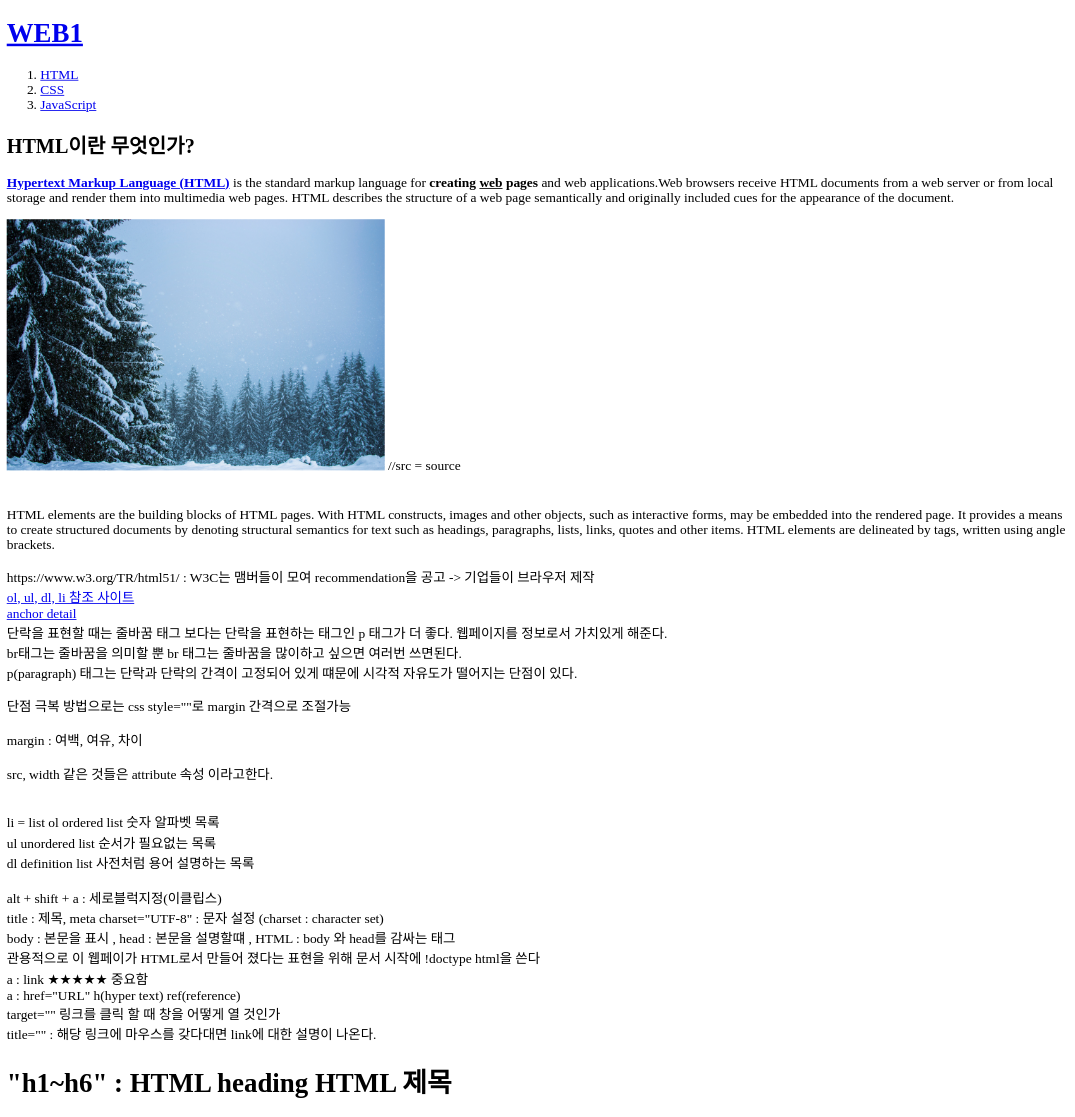
Repository: winterer4/Web-1
Page: HTML5/1.html
The author's editor kept a copy of each file at every save. The page is drawn from the files as they stood at one save, then again after the next save.
The browser window is 1280 px wide. The pictures show the whole page, at 84% of full size.

Above is the page before, as saved 2018-10-29 06:58:48.

### HTML5/1.html
<!DOCTYPE html>
<html>
<head>
<meta charset="UTF-8">
<title>WEB 1  - HTML</title>
</head>
<body>
 <h1><a href="index.html">WEB1</a></h1>
<ol>
	<li><a href="1.html">HTML      </a></li>
	<li><a href="2.html">CSS       </a></li>
	<li><a href="3.html">JavaScript</a></li>
</ol>

	<h2>HTML이란 무엇인가?</h2>
	<p>
		<strong><a : href="https://www.w3.org/TR/html51/" target="_blank" title="html5 specificaiton">Hypertext Markup Language (HTML)</a></strong> is the standard markup language for <strong>creating
			<u>web</u> pages
		</strong> and web applications.Web browsers receive HTML documents from a web
		server or from local storage and render them into multimedia web
		pages. HTML describes the structure of a web page semantically and
		originally included cues for the appearance of the document.
	</p>
	<img src ="one.jpg" width="450">
	//src = source
	<p style="margin-top: 40px;">HTML elements are the building blocks
		of HTML pages. With HTML constructs, images and other objects, such as
		interactive forms, may be embedded into the rendered page. It provides
		a means to create structured documents by denoting structural
		semantics for text such as headings, paragraphs, lists, links, quotes
		and other items. HTML elements are delineated by tags, written using
		angle brackets.</p>



https://www.w3.org/TR/html51/ : W3C는 맴버들이 모여 recommendation을 공고 -> 기업들이 브라우저 제작


 <br>  <a : href="http://aboooks.tistory.com/87", target="_blank", title="설명">ol, ul, dl, li 참조 사이트</a>
 <br>  <a : href="http://aboooks.tistory.com/87", target="_blank", title="링크에 대한 설명">anchor detail</a>
 <br>
	단락을 표현할 때는 줄바꿈 태그 보다는 단락을 표현하는 태그인 p 태그가 더 좋다. 웹페이지를 정보로서 가치있게 해준다.
	<br> br태그는 줄바꿈을 의미할 뿐 br 태그는 줄바꿈을 많이하고 싶으면 여러번 쓰면된다.
	<br> p(paragraph) 태그는 단락과 단락의 간격이 고정되어 있게 떄문에 시각적 자유도가 떨어지는 단점이 있다.
	<p> 단점 극복 방법으로는 css style=""로 margin 간격으로 조절가능</p>
	 margin : 여백, 여유, 차이
	 <p> src, width 같은 것들은 attribute 속성 이라고한다.</p>
	 <br>li = list
	 ol ordered list 숫자 알파벳 목록<br>
	 ul unordered list 순서가 필요없는 목록<br>
	 dl definition list 사전처럼 용어 설명하는 목록<br>
	  <br>alt + shift + a : 세로블럭지정(이클립스)
	  <br> title : 제목, meta charset="UTF-8" : 문자 설정 (charset : character set)
	  <br> body  : 본문을 표시 , head : 본문을 설명할떄 , HTML : body 와 head를 감싸는 태그
	  <br> 관용적으로 이 웹페이가 HTML로서 만들어 졌다는 표현을 위해 문서 시작에 !doctype html을 쓴다
	  <br> a : link ★★★★★   중요함
	  <br> a : href="URL" h(hyper text) ref(reference) <br> target="" 링크를 클릭 할 때 창을 어떻게 열 것인가 <br>
	  title="" : 해당 링크에 마우스를 갖다대면 link에 대한 설명이 나온다.

</body>

<h1>"h1~h6" : HTML heading HTML 제목</h1>




</html>

After the next save:
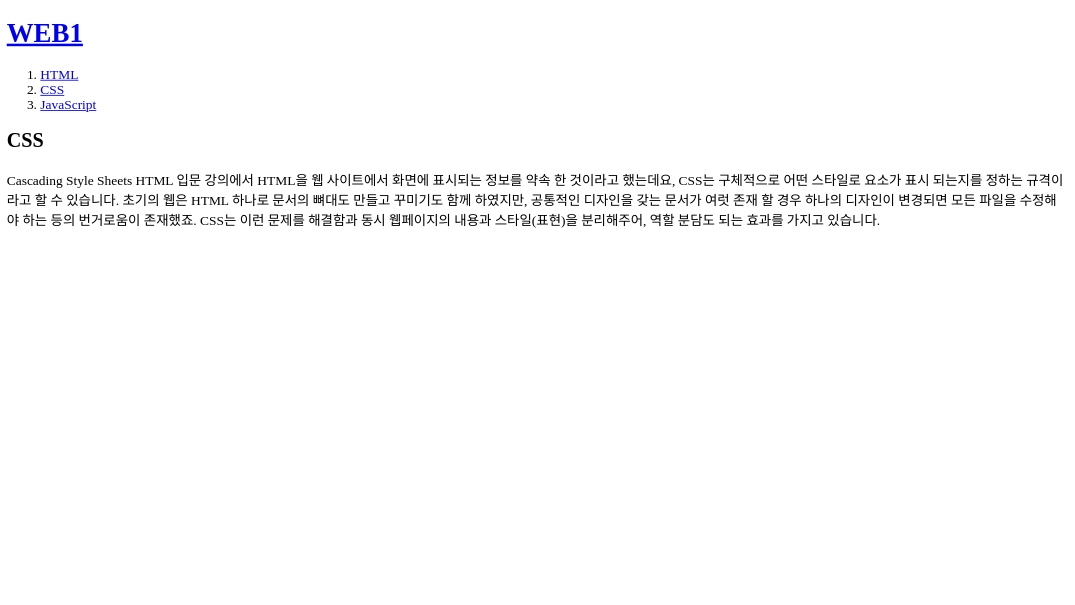
Saved 26 min 7 s later.
--- a/HTML5/1.html
+++ b/HTML5/1.html
@@ -12,54 +12,21 @@
 	<li><a href="3.html">JavaScript</a></li>
 </ol>
 
-	<h2>HTML이란 무엇인가?</h2>
-	<p>
-		<strong><a : href="https://www.w3.org/TR/html51/" target="_blank" title="html5 specificaiton">Hypertext Markup Language (HTML)</a></strong> is the standard markup language for <strong>creating
-			<u>web</u> pages
-		</strong> and web applications.Web browsers receive HTML documents from a web
-		server or from local storage and render them into multimedia web
-		pages. HTML describes the structure of a web page semantically and
-		originally included cues for the appearance of the document.
-	</p>
-	<img src ="one.jpg" width="450">
-	//src = source
-	<p style="margin-top: 40px;">HTML elements are the building blocks
-		of HTML pages. With HTML constructs, images and other objects, such as
-		interactive forms, may be embedded into the rendered page. It provides
-		a means to create structured documents by denoting structural
-		semantics for text such as headings, paragraphs, lists, links, quotes
-		and other items. HTML elements are delineated by tags, written using
-		angle brackets.</p>
+	<h2>CSS</h2>
+	<p>Cascading Style Sheets
+
+HTML 입문 강의에서 HTML을 웹 사이트에서 화면에 표시되는 정보를 약속 한 것이라고 했는데요,
+CSS는 구체적으로 어떤 스타일로 요소가 표시 되는지를 정하는 규격이라고 할 수 있습니다.
+
+초기의 웹은 HTML 하나로 문서의 뼈대도 만들고 꾸미기도 함께 하였지만,
+공통적인 디자인을 갖는 문서가 여럿 존재 할 경우 하나의 디자인이 변경되면 모든 파일을 수정해야 하는 등의 번거로움이 존재했죠.
+
+CSS는 이런 문제를 해결함과 동시 웹페이지의 내용과 스타일(표현)을 분리해주어, 역할 분담도 되는 효과를 가지고 있습니다.</p>
 
 
 
-https://www.w3.org/TR/html51/ : W3C는 맴버들이 모여 recommendation을 공고 -> 기업들이 브라우저 제작
-
-
- <br>  <a : href="http://aboooks.tistory.com/87", target="_blank", title="설명">ol, ul, dl, li 참조 사이트</a>
- <br>  <a : href="http://aboooks.tistory.com/87", target="_blank", title="링크에 대한 설명">anchor detail</a>
- <br>
-	단락을 표현할 때는 줄바꿈 태그 보다는 단락을 표현하는 태그인 p 태그가 더 좋다. 웹페이지를 정보로서 가치있게 해준다.
-	<br> br태그는 줄바꿈을 의미할 뿐 br 태그는 줄바꿈을 많이하고 싶으면 여러번 쓰면된다.
-	<br> p(paragraph) 태그는 단락과 단락의 간격이 고정되어 있게 떄문에 시각적 자유도가 떨어지는 단점이 있다.
-	<p> 단점 극복 방법으로는 css style=""로 margin 간격으로 조절가능</p>
-	 margin : 여백, 여유, 차이
-	 <p> src, width 같은 것들은 attribute 속성 이라고한다.</p>
-	 <br>li = list
-	 ol ordered list 숫자 알파벳 목록<br>
-	 ul unordered list 순서가 필요없는 목록<br>
-	 dl definition list 사전처럼 용어 설명하는 목록<br>
-	  <br>alt + shift + a : 세로블럭지정(이클립스)
-	  <br> title : 제목, meta charset="UTF-8" : 문자 설정 (charset : character set)
-	  <br> body  : 본문을 표시 , head : 본문을 설명할떄 , HTML : body 와 head를 감싸는 태그
-	  <br> 관용적으로 이 웹페이가 HTML로서 만들어 졌다는 표현을 위해 문서 시작에 !doctype html을 쓴다
-	  <br> a : link ★★★★★   중요함
-	  <br> a : href="URL" h(hyper text) ref(reference) <br> target="" 링크를 클릭 할 때 창을 어떻게 열 것인가 <br>
-	  title="" : 해당 링크에 마우스를 갖다대면 link에 대한 설명이 나온다.
 
 </body>
-
-<h1>"h1~h6" : HTML heading HTML 제목</h1>
 
 
 
